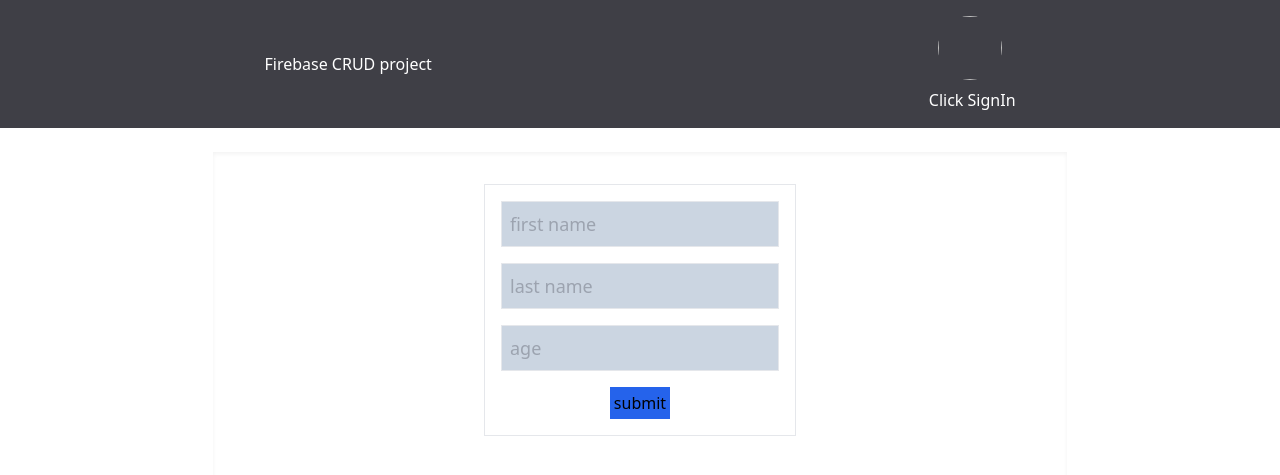
Repository: Semanmernstack/firebase-crud
Page: /
An editor plug-in stored every save of this project. The page is shown before and after the next save, followed by the edit.
The browser window is 1280 px wide. The pictures show the whole page.
The page's requests for data from a server got no answer. The project was rebuilt for these pictures with package versions that can differ from the ones it lists, and the page was loaded fresh each time. No one was signed in, and anything a server would have sent is missing. Also part of the build but not shown: src/components/Regform.js.

Above is the page before, as saved 2023-04-10 02:20:30.

### src/index.css
body {
  margin: 0;

}

@tailwind base;
@tailwind components;
@tailwind utilities;

### src/App.js



import Body from "./components/Body";
import Header from "./components/Header";





function App() {

  return (
    <div className="">
      <Header/>
      <Body/>
    </div>
  );
}

export default App;

### src/components/Body.js
import { addDoc, collection, onSnapshot, serverTimestamp } from 'firebase/firestore';
import React, { useEffect, useState } from 'react'
import { useForm } from 'react-hook-form';
import { db } from '../firebase.';
import Regform from './Regform';

function Body() {

    const [reg, setReg] = useState([])


    useEffect(() =>
        onSnapshot(collection(db, "reg"), (snapshot) => {
            setReg(snapshot.docs.map((doc) => ({ ...doc.data(), id: doc.id })))
        }
        ), []);
    const {
        register,
        handleSubmit,
        formState: { errors },
    } = useForm();
    const onSubmit = async (data) => {
        await addDoc(collection(db, "reg"), {
            ...data,
            timestamp:serverTimestamp()

        })
        console.log(data)

    };


  return (
    <div className="p-8 text-black shadow-inner items-center flex flex-col w-2/3  mt-6 mx-auto ">
        <form className='flex flex-col p-4 gap-4 items-center justify-center text-center border' onSubmit={handleSubmit(onSubmit)}>
            <input className="w-full p-2 border outline-none bg-slate-300 text black text-lg "  placeholder='first name'  {...register('firstName')} />
            <input className="w-full p-2 border outline-none bg-slate-300 text black text-lg "  placeholder='last name' {...register('lastName', { required: true })} />
            {errors.lastName && <p>Last name is required.</p>}
            <input className="w-full p-2 border outline-none bg-slate-300 text black text-lg "  placeholder='age' {...register('age', { pattern: /\d+/ })} />
            {errors.age && <p>Please enter number for age.</p>}




            <button className='bg-blue-600 hover:scale-90 ease-out cursor-pointer   p-1' type="submit">submit</button>
        </form>

        <div className='p-6 items-start '>
            {reg?.map((r) => (


                <Regform
                    key={r.id}
                    id={r.id}
                    age={r.age}
                    firstName={r.firstName}
                    lastName={r.lastName}

                />
            ))}
            <div>

            </div>

        </div>


    </div>
  )
}

export default Body

### src/components/Header.js


import Login from "./Login"


function Header() {



  return (
    <nav className="flex items-center justify-around bg-zinc-700 text-white p-4">
        <div>
            <h1> Firebase CRUD project</h1>
        </div>
        <Login/>

    </nav>


  )
}

export default Header

### src/firebase..js
import { initializeApp } from "firebase/app";
import { getAuth, GoogleAuthProvider } from "firebase/auth";
import { getFirestore } from "firebase/firestore";
import { getStorage } from "firebase/storage";
// TODO: Add SDKs for Firebase products that you want to use
// https://firebase.google.com/docs/web/setup#available-libraries

// Your web app's Firebase configuration
const firebaseConfig = {
  apiKey: "AIzaSyBgS0aivKoq6PRjPIzLlCpHxI0D8M1DMtw",
  authDomain: "school-81c7d.firebaseapp.com",
  projectId: "school-81c7d",
  storageBucket: "school-81c7d.appspot.com",
  messagingSenderId: "524069258489",
  appId: "1:524069258489:web:11c09d32a06e9a8b970e28"
};

// Initialize Firebase
const app = initializeApp(firebaseConfig);
const auth = getAuth(app);
const provider = new GoogleAuthProvider();
const db = getFirestore(app)
export const storage = getStorage(app)

export { auth, provider, db }

### src/components/Login.js
import { onAuthStateChanged, signInWithPopup } from 'firebase/auth'
import React, { useEffect, useState } from 'react'
import { auth, provider } from '../firebase.'


function Login() {
    const [user, setUser] = useState("")
    useEffect(() => {

        onAuthStateChanged(auth, (user) => {
            console.log(user)
          if (user) {
            setUser(user)
          }
        })

      }, [])





    const signIn = () => {
       try {
            signInWithPopup(auth, provider)
       }
       catch (error) {
            alert(error.message)
       }
    }
  return (
    <div className="flex flex-col items-center gap-2">
        <div className="flex gap-1 items-center">
            <img className='rounded-full h-16 w-16' src={user.photoURL} alt="" />
            <h1>{user?.displayName}</h1>
        </div>
        <div>
            <button onClick={signIn} >Click SignIn</button>
        </div>



    </div>
  )
}

export default Login

Loaded but not shown: public/index.html (common file); src/index.js (common file); src/reportWebVitals.js (common file); tailwind.config.js (common file)

After the next save:
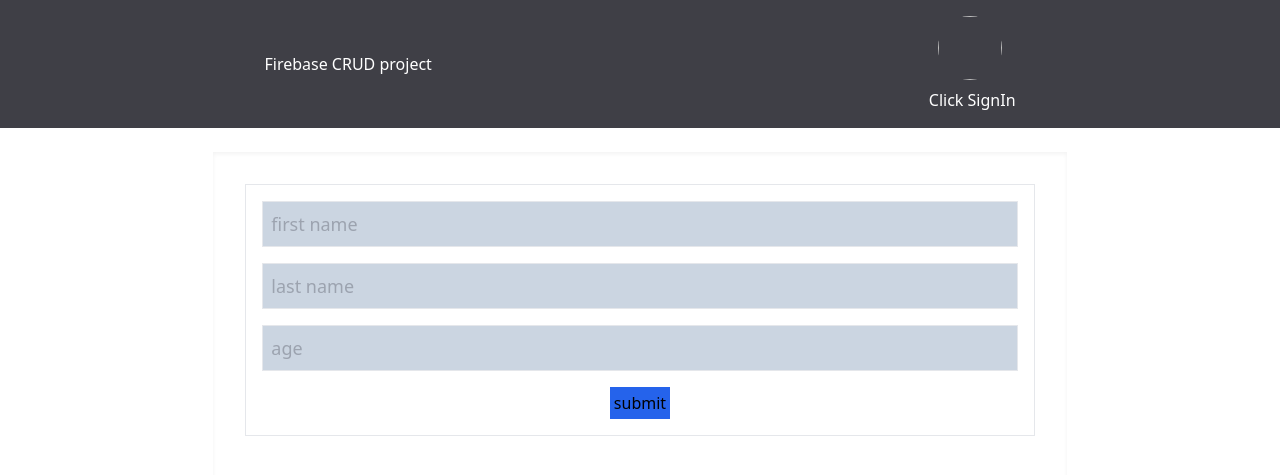
Saved 37 s later.
--- a/src/components/Body.js
+++ b/src/components/Body.js
@@ -31,7 +31,7 @@ function Body() {
 
 
   return (
-    <div className="p-8 text-black shadow-inner items-center flex flex-col w-2/3  mt-6 mx-auto ">
+    <div className="p-8 text-black shadow-inner  flex flex-col w-2/3  mt-6 mx-auto ">
         <form className='flex flex-col p-4 gap-4 items-center justify-center text-center border' onSubmit={handleSubmit(onSubmit)}>
             <input className="w-full p-2 border outline-none bg-slate-300 text black text-lg "  placeholder='first name'  {...register('firstName')} />
             <input className="w-full p-2 border outline-none bg-slate-300 text black text-lg "  placeholder='last name' {...register('lastName', { required: true })} />
